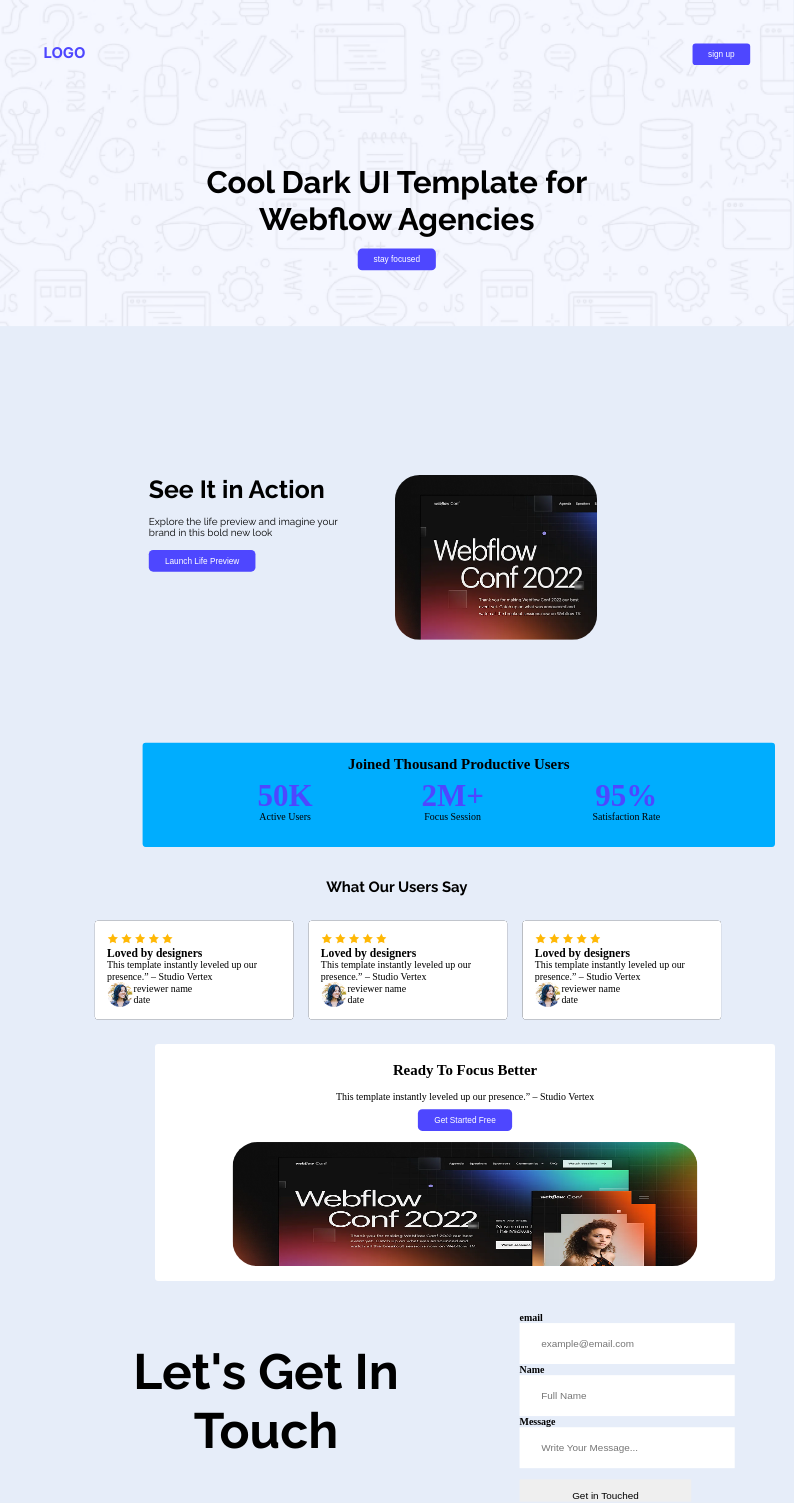
Repository: dollyrakhe22/landing-launchpad
Page: index.html
These files come from the project's save history. The page is drawn as it stood at one moment and after the next save; the edit follows.
The browser window is 1280 px wide. The pictures show the whole page, at 62% of full size.

Above is the page before, as saved 2025-07-11 10:31:46.

### index.html
<!DOCTYPE html>
<html lang="en">
<head>
    <meta charset="UTF-8">
    <meta name="viewport" content="width=device-width, initial-scale=1.0">
    <title>Landing Launchpad</title>
    <link rel="preconnect" href="https://fonts.googleapis.com">
    <link rel="preconnect" href="https://fonts.googleapis.com">
<link rel="preconnect" href="https://fonts.gstatic.com" crossorigin>
<link href="https://fonts.googleapis.com/css2?family=Inter:ital,opsz,wght@0,14..32,100..900;1,14..32,100..900&family=Open+Sans:ital,wght@0,300..800;1,300..800&family=Raleway:ital,wght@0,100..900;1,100..900&display=swap" rel="stylesheet">
    <link rel="stylesheet" href="style.css">
   </head>
   <body>
    <header>

        <nav>
         <h2 class="inter-normal">LOGO</h2>
            <a href="#"><button>sign up</button></a>
        </nav>
        <div class="banner-section">
             <h1 class="raleway-normal" >Cool Dark UI Template for <br>Webflow Agencies</h1><br>
            <a href=""><button class="button-container">stay focused</button></a>
        </div>
    </header>
    <main>
           <!--action-container--->
           <div class="section-1">
            <div >
                <h3 class="raleway-normal">See It in Action</h3><br>
                <p class="raleway-normal" >Explore the life preview and imagine your<br>brand in this bold new look</p><br>
                 <a href=""><button class="button-container">Launch Life Preview</button></a>
                 </div>
                <div>
                     <img src="Assets/wc-mini.png" weight="90%"height="80%"
                     alt="" srcset="">
                </div>
            </div>
           <!--Users-Section-->
           <section class="users-container">
            <h1>Joined Thousand Productive Users</h1>
            <div class="contain">
                 <div>
                <h1>50K</h1>
                <p>Active Users</p>
            </div>
            <div>
                <h1>2M+</h1>
                <p>Focus Session</p>
            </div>
            <div>
                <h1>95%</h1>
                <p>Satisfaction Rate</p>
            </div>
            </div>


           </section>
            <!--Review-Card-->
            <section class="review-card">
                <h1 class="raleway-normal">What Our Users Say</h1>
                <div class="review-box">


                    <div class="box-1">
                 <div class="stars">
                   <img src="Assets/icon-star.png" alt="" srcset="">
                   <img src="Assets/icon-star.png" alt="" srcset="">
                   <img src="Assets/icon-star.png" alt="" srcset="">
                   <img src="Assets/icon-star.png" alt="" srcset="">
                   <img src="Assets/icon-star.png" alt="" srcset="">
                </div>
                <h3>Loved by designers</h3>
                <p>This template instantly leveled up our<br> presence.” – Studio Vertex</p>
                <div class="avater">
                <div class="user-details">
                    <img src="Assets/avatar.png" alt="" srcset="">

                <p>reviewer name<br>date</p>

                </div>
                </div>

               </div>

                <div class="box-1">
                     <div class="stars">
                   <img src="Assets/icon-star.png" alt="" srcset="">
                   <img src="Assets/icon-star.png" alt="" srcset="">
                   <img src="Assets/icon-star.png" alt="" srcset="">
                   <img src="Assets/icon-star.png" alt="" srcset="">
                   <img src="Assets/icon-star.png" alt="" srcset="">
                </div>
                <h3>Loved by designers</h3>
                <p>This template instantly leveled up our<br> presence.” – Studio Vertex</p>
                <div class="avater">
                <div class="user-details">
                    <img src="Assets/avatar.png" alt="" srcset="">

                <p>reviewer name<br>date</p>

                </div>
                </div>
                </div>



                <div class="box-1">
                         <div class="stars">
                   <img src="Assets/icon-star.png" alt="" srcset="">
                   <img src="Assets/icon-star.png" alt="" srcset="">
                   <img src="Assets/icon-star.png" alt="" srcset="">
                   <img src="Assets/icon-star.png" alt="" srcset="">
                   <img src="Assets/icon-star.png" alt="" srcset="">
                </div>
                <h3>Loved by designers</h3>
                <p>This template instantly leveled up our<br> presence.” – Studio Vertex</p>
                <div class="avater">
                <div class="user-details">
                    <img src="Assets/avatar.png" alt="" srcset="">

                <p>reviewer name<br>date</p>

                </div>
                </div>
                </div>
                </div>
            </section>
<!--Focus-Section-->
<section class="focus-container">
        <div>
            <h1>Ready To Focus Better</h1>
            <p>This template instantly leveled up our presence.” – Studio Vertex</p>
            <a href=""><button class="button-container">Get Started Free</button></a>
        </div>
        <br>
        <div>
            <img src="Assets/wc-big.png" alt="" srcset="">
        </div>





</section>

<section>
 <div>
    <div class="lets">
        <h1 class="raleway-normal">Let's Get In<br>Touch</h1>
  <div class="wrapper">
    <div class="input-data">
        <h4>email</h4>
        <input type="email" placeholder="example@email.com"><br>
       <h4>Name</h4>
       <input type="name" placeholder="Full Name"><br>
          <h4>Message</h4>
        <input type="text" placeholder="Write Your Message..." class="input_message"><br><br>
          <input type="button" value="Get in Touched">

    </div>

  </div>



    </div>





 </div>






</section>















    </main>
    <footer>

    </footer>
</body>
</html>

### style.css
*{
    padding: 0;
    margin: 0;
}
body{
    background-color:#E6EDF9 ;
}

.inter-normal {
  font-family: "Inter", sans-serif;
  font-optical-sizing: auto;
  font-style: normal;
}
header{
    background-image: url("Assets/Hero-bg.png");


}
/*nav style*/
h2{
    color:#4E47FF;
   font-weight:bolder;


}
nav{
    display: flex;
    justify-content: space-between;
    padding: 70px;
}
nav button{
    text-decoration: none;
    padding: 10px 25px;
    background-color:#4E47FF ;
    color:white;
    border-radius: 5px;
    border: none;


}

.raleway-normal{
  font-family: "Raleway", sans-serif;
  font-optical-sizing: auto;
  font-style: normal;
}
.banner-section{
    text-align: center;
    padding: 90px;
}
.banner-section h1{
    font-weight: bolder;
    font-size: 50px;
}
.button-container{
     padding: 10px 26px;
    background-color:#4E47FF ;
    color:white;
    border-radius: 7px;
    border: none;

}
/*action-container*/

.section-1{
    display: flex;
    justify-content: space-between;
    padding: 50px;
    margin: 190px;

}
.section-1 h3{
    font-size: 40px;
}
.section-1  p{

}
.section-1 img{
    border-radius: 40px;


}
/*Users- Section*/
.users-container{

    text-align: center;
    border: none;
    background-color: #00ADFE;
    max-width: 1000px;
    padding:10px;
    margin: 0px 0px 0px 230px;
    margin-bottom: 50px;
    margin-top: -140px;
    border-radius: 5px;


}
.users-container h1{
    line-height: 50px;
}
.contain{
    display: flex;
    justify-content: center;
    justify-content: space-evenly;
    margin-bottom: 30px;



}
.contain h1{
    color: #4E47FF ;
    font-weight: bold;
    font-size: 50px;

}
/*Review-Card*/

   .box-1{
    border: none;
    width:280px;
    padding: 20px;
    margin-right: 5px;
    background-color:#ffff;
    border-radius: 5px;
    box-shadow: 0px 0px 1px 0px;

   }
.review-box{
    display: flex;
    justify-content: center;
    gap: 20px;
    margin: 40px 0px 40px 40px;


}

.review-card h1{
    text-align: center;
}
.user-details img{
    border-radius: 50%;
}
.user-details{
    display: flex;
    align-items: center;
    gap:2px;
}

/*Focus-Section*/
.focus-container{
    text-align: center;
    margin-bottom: 50px;
    border: none;
    margin-left: 250px;
    padding: 20px 10px 20px 10px;
    width: 980px;
    background-color:#ffff ;
    border-radius: 5px;



}
.focus-container h1 {
    line-height: 45px;
}
.focus-container p{
    line-height: 40px;
}
.focus-container img{
    width: 750px;
    height: 200px;
    border-radius: 40px;
}
.lets{
    display: flex;
    justify-content: center;
    margin-bottom: 40px;
    margin: 20px 20px;
    justify-content: space-evenly;
}
.lets h1{
        text-align: center;
        margin: 50px;
        font-size: 80px;
        font-weight: bold;
}
.wrapper .input-data{
    height: 0px;
    width: 100%;
}
input{
    width: 100%;
    border: none;
    height: 30px;
    font-size: 16px;
    outline: none;
    padding: 18px 35px;
}

After the next save:
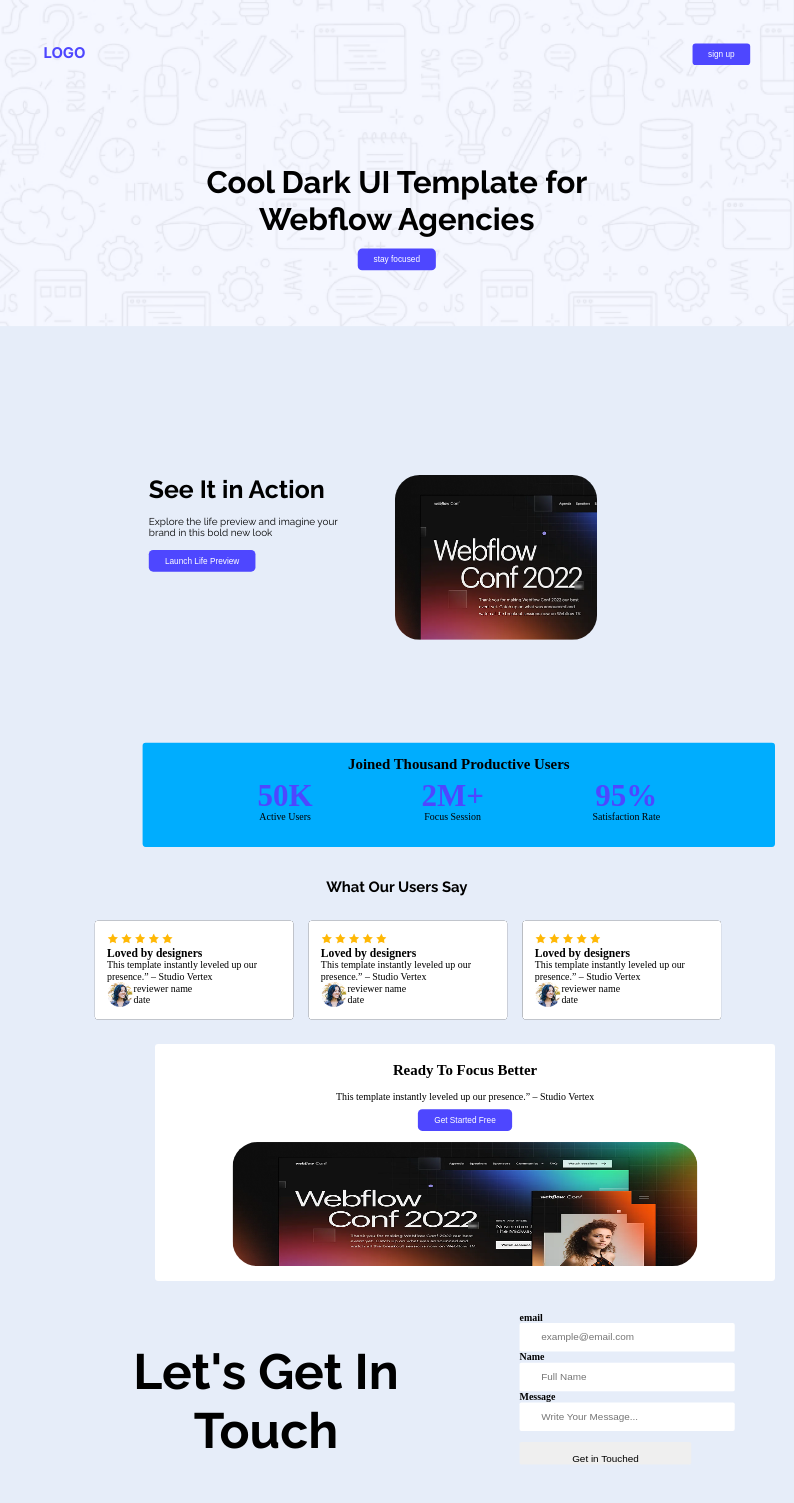
Saved 50 s later.
--- a/style.css
+++ b/style.css
@@ -191,8 +191,9 @@ nav button{
 input{
     width: 100%;
     border: none;
-    height: 30px;
+    height: 10px;
     font-size: 16px;
     outline: none;
     padding: 18px 35px;
+    border-radius: 3px;
 }
